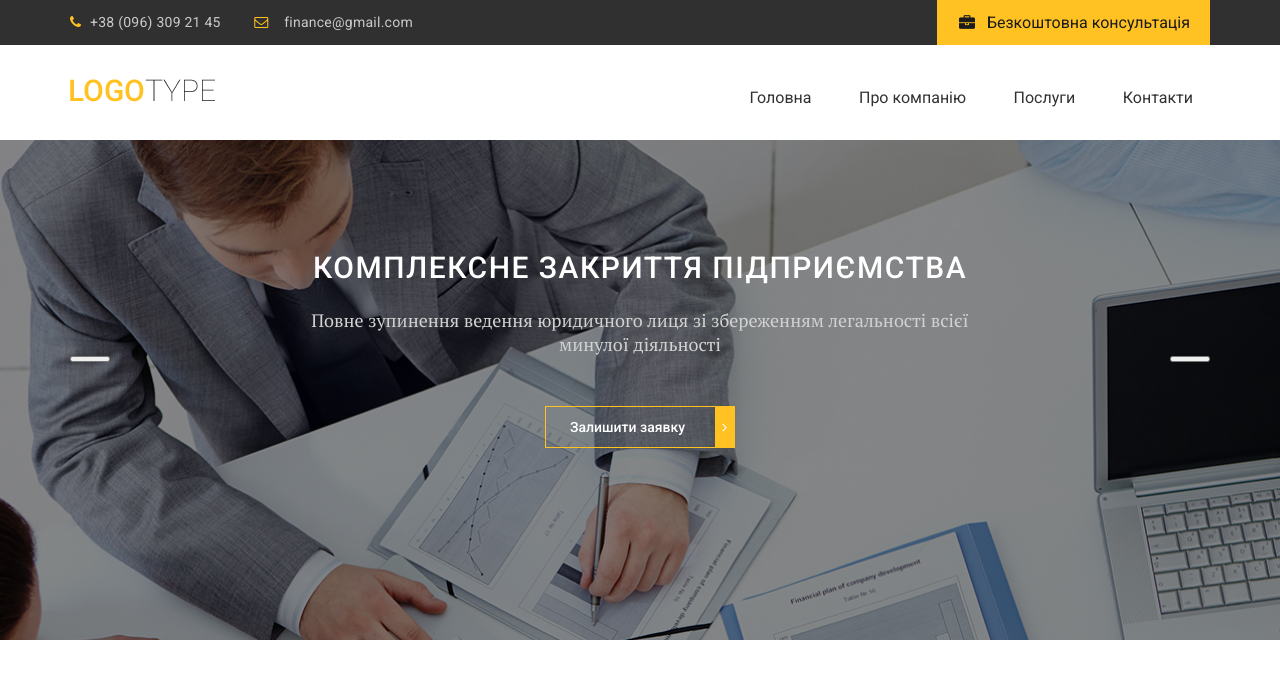
Repository: oliachipko/companysait
Page: index.html
An editor plug-in stored every save of this project. The page is shown before and after the next save, followed by the edit.
The browser window is 1280 px wide. The pictures show the whole page.

Above is the page before, as saved 2020-11-17 20:38:09.

### index.html
<!DOCTYPE html>
<html lang="en">
  <head>
    <meta charset="UTF-8" />
    <meta name="viewport" content="width=device-width, initial-scale=1.0" />
    <title>Document</title>
    <link rel="preconnect" href="https://fonts.gstatic.com" />
    <link
      href="https://fonts.googleapis.com/css2?family=PT+Serif:wght@400;700&family=Roboto:wght@400;500;700&display=swap"
      rel="stylesheet"/>
    <link rel="stylesheet" href="css/normalize.css" />
    <link rel="stylesheet" href="css/fonts.css">
    <link rel="stylesheet" href="css/jquery.fancybox.min.css">
    <link rel="stylesheet" href="css/slick.css">
    <link rel="stylesheet" href="css/style.css" />
  </head>
  <body>
    <header class="header">
      <div class="header__top">
        <div class="container">
          <div class="header__contacts">
            <a class="header__phone" href="tel:380963092145">+38 (096) 309 21 45</a>
            <a class="header__email" href="#">finance@gmail.com</a>
            <a data-fancybox data-src="#modal" href="javascript:;" href="#" class="header__btn">Безкоштовна консультація</a>
          </div>
        </div>
      </div>
      <div class="header__content">
        <div class="container">
          <div class="header__content-inner">
            <div class="header__logo">
              <a href="#">
                <img src="img/logo.png" alt="" />
              </a>
            </div>
            <nav class="menu">
              <ul>
                <li><a href="#">Головна</a></li>
                <li><a href="#">Про компанію</a></li>
                <li><a href="#">Послуги</a></li>
                <li><a href="#">Контакти</a></li>
              </ul>
            </nav>
          </div>
        </div>
      </div>
    </header>
    <section class="slider">
      <div class="container">
        <div class="slider__inner">
          <div class="slider__item">
            <div class="slider__item-content">
            <div class="slider__title">
              КОМПЛЕКСНЕ ЗАКРИТТЯ ПІДПРИЄМСТВА
            </div>
            <div class="slider__text">
              Повне зупинення ведення юридичного лиця
               зі збереженням легальності всієї минулої діяльності
            </div>
            <a data-fancybox data-src="#modal" href="javascript:;" class="slider__btn default-btn">
              Залишити заявку
            </a>
          </div>
        </div>

        <div class="slider__item">
          <div class="slider__item-content">
          <div class="slider__title">
            КОМПЛЕКСНЕ ЗАКРИТТЯ ПІДПРИЄМСТВА
          </div>
          <div class="slider__text">
            Повне зупинення ведення юридичного лиця
             зі збереженням легальності всієї минулої діяльності
          </div>
            <a data-fancybox data-src="#modal" href="javascript:;" class="slider__btn default-btn">
            Залишити заявку
            </a>
        </div>
      </div>

      <div class="slider__item">
        <div class="slider__item-content">
        <div class="slider__title">
          КОМПЛЕКСНЕ ЗАКРИТТЯ ПІДПРИЄМСТВА
        </div>
        <div class="slider__text">
          Повне зупинення ведення юридичного лиця
           зі збереженням легальності всієї минулої діяльності
        </div>
        <a data-fancybox data-src="#modal" href="javascript:;" class="slider__btn default-btn">
          Залишити заявку
        </a>
      </div>
    </div>


        </div>
      </div>
    </section>

    <div  id="modal">
      <h2>Hello!</h2>
      <p>You are awesome!</p>
    </div>


    <script src="https://ajax.googleapis.com/ajax/libs/jquery/3.5.1/jquery.min.js"></script>
    <script src="js/jquery.fancybox.min.js"></script>
    <script src="js/slick.min.js"></script>
    <script src="js/main.js"></script>
  </body>
</html>

### css/fonts.css
@font-face {
  font-family: 'icomoon';
  src:  url('../fonts/icomoon.eot?nqt5zc');
  src:  url('../fonts/icomoon.eot?nqt5zc#iefix') format('embedded-opentype'),
    url('../fonts/icomoon.ttf?nqt5zc') format('truetype'),
    url('../fonts/icomoon.woff?nqt5zc') format('woff'),
    url('../fonts/icomoon.svg?nqt5zc#icomoon') format('svg');
  font-weight: normal;
  font-style: normal;
  font-display: block;
}

[class^="icon-"], [class*=" icon-"] {
  /* use !important to prevent issues with browser extensions that change fonts */
  font-family: 'icomoon' !important;
  speak: never;
  font-style: normal;
  font-weight: normal;
  font-variant: normal;
  text-transform: none;
  line-height: 1;

  /* Better Font Rendering =========== */
  -webkit-font-smoothing: antialiased;
  -moz-osx-font-smoothing: grayscale;
}

.icon-envelope-o:before {
  content: "\f003";
}
.icon-check:before {
  content: "\f00c";
}
.icon-map-marker:before {
  content: "\f041";
}
.icon-phone:before {
  content: "\f095";
}
.icon-briefcase:before {
  content: "\f0b1";
}
.icon-bars:before {
  content: "\f0c9";
}
.icon-navicon:before {
  content: "\f0c9";
}
.icon-reorder:before {
  content: "\f0c9";
}
.icon-angle-left:before {
  content: "\f104";
}
.icon-angle-right:before {
  content: "\f105";
}
.icon-quote-left:before {
  content: "\f10d";
}
.icon-quote-right:before {
  content: "\f10e";
}
.icon-ellipsis-v:before {
  content: "\f142";
}

### css/style.css
* {
    box-sizing: border-box;
}

a{
    text-decoration: none;
    display: inline-block;
}

ul,
li{
    list-style: none;
    margin: 0;
    padding: 0;
}
.container{
    max-width: 1170px;
    margin: 0 auto;
    padding: 0 15px;
}

body{
    font-family: 'PT Serif', serif;
    /*font-family: 'Roboto', sans-serif;*/
    font-weight: 400px;
    font-size: 14px;
    line-height: 18px;
    color: #5e5e5e;

}
header {
    font-family: 'Roboto', sans-serif;
}
.header__top{
   background-color: #303030;
}
.header__btn {
    float: right;
    line-height: 36px;
    color: #1b1b1b;
    background-color: #ffc222;
    padding: 5px 20px 4px 50px;
    font-size: 16px;
    position: relative;
}
.header__btn:before {
    content: "\f0b1";
    font-family: 'icomoon';
    position: absolute;
    left: 22px;
    color: #1b1b1b;
}
.header__contacts:after {
    content: "";
    clear: both;
    display: block;
}
.header__phone,
.header__email {
    color:#cbcacb;
    letter-spacing: 0.25px;
    line-height: 45px;
    position: relative;
}
.header__phone {
    padding-left: 20px;
    padding-right: 30px;
}
.header__phone:before {
    content: "\f095";
    font-family: 'icomoon';
    position: absolute;
    left: 0;
    color: #ffc222;
}
.header__email{
    padding-left: 30px;
}
.header__email:before {
    content: "\f003";
    font-family: 'icomoon';
    position: absolute;
    left: 0;
    color: #ffc222;
}
.header__content {
    padding: 34px 0px 23px;
}
.header__content-inner{
    display: flex;
    justify-content: space-between;
}
.menu li {
    display: inline-block;
}
.menu a{
    color: #323232;
    font-size: 16px;
    line-height: 36px;
    border: 1px solid transparent;
    padding: 0px 16px;
    transition: all .3s;
}
.menu a:hover {
    border-color: #ffc222;
}
.menu li + li{
    padding-left: 10px;
}
#modal {
    display: none;"
}
.slider{
    background-image: url(../img/slider-fon.jpg);
    background-repeat: no-repeat;
    background-size: cover;
    background-position: center;
    min-height: 500px;
}
.slider__item-content{
    text-align: center;
    padding-top: 110px;
    max-width: 665px;
    margin: 0 auto;
}
.slider__title{
    text-transform: uppercase;
    font-size: 30px;
    line-height: 36px;
    color: white;
    font-weight: 500;
    letter-spacing: 1.5px;
    margin-bottom: 22px;
    font-family: 'Roboto', sans-serif;
}
.slider__text{
    line-height: 24px;
    font-size: 18px;
    color: #d3d2d2;
    margin-bottom: 50px;
}

.default-btn {
    display: inline-block;
    color: white;
    font-size: 14px;
    line-height: 24px;
    font-weight: 500;
    font-family: 'Roboto', sans-serif;
    padding: 8px 30px 8px 24px;
    border: 1px solid #ffc222;
    border-right-width: 20px;
    position: relative;
    z-index: 2;
}
.default-btn:after {
    content: "\f105";
    font-family: 'icomoon';
    position: absolute;
    top: 50%;
    transform: translateY(-50%);
    right: -12px;
}


.slider__inner {
    position: relative;
}
.slick-btn {
    position: absolute;
    top: 70%;
    z-index: 3;
    width: 40px
}
.slick-next{
    right: 0;
}
.slick-prev{
    left: 0;
}

### js/main.js
$(function(){

$('.slider__inner').slick({
    nextArrow: '<button type="button" class="slick-btn slick-next"></button>',
    prevArrow: '<button type="button" class="slick-btn slick-prev"></button>',
});


});

Loaded but not shown: css/normalize.css (library); css/jquery.fancybox.min.css (library); css/slick.css (common file); js/jquery.fancybox.min.js (library); js/slick.min.js (library)

After the next save:
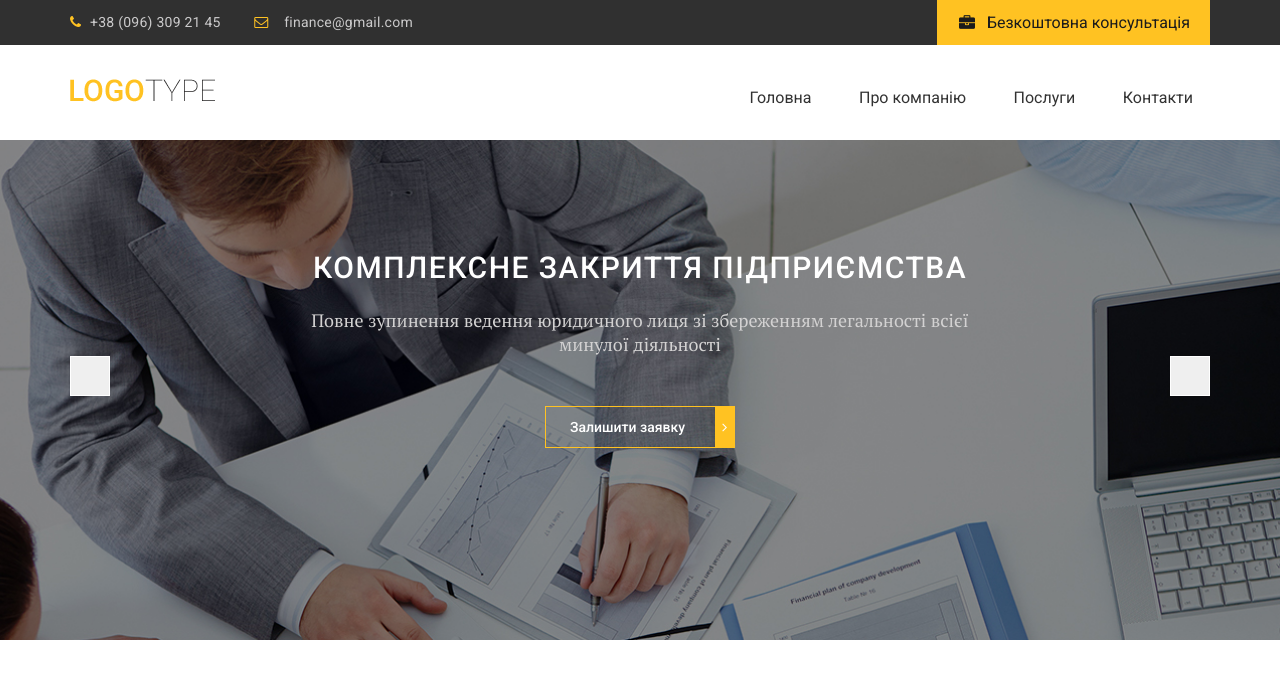
Saved 21 s later.
--- a/css/style.css
+++ b/css/style.css
@@ -170,7 +170,9 @@ header {
     position: absolute;
     top: 70%;
     z-index: 3;
-    width: 40px
+    width: 40px;
+    height: 40px;
+    border: 1px solid white;
 }
 .slick-next{
     right: 0;
